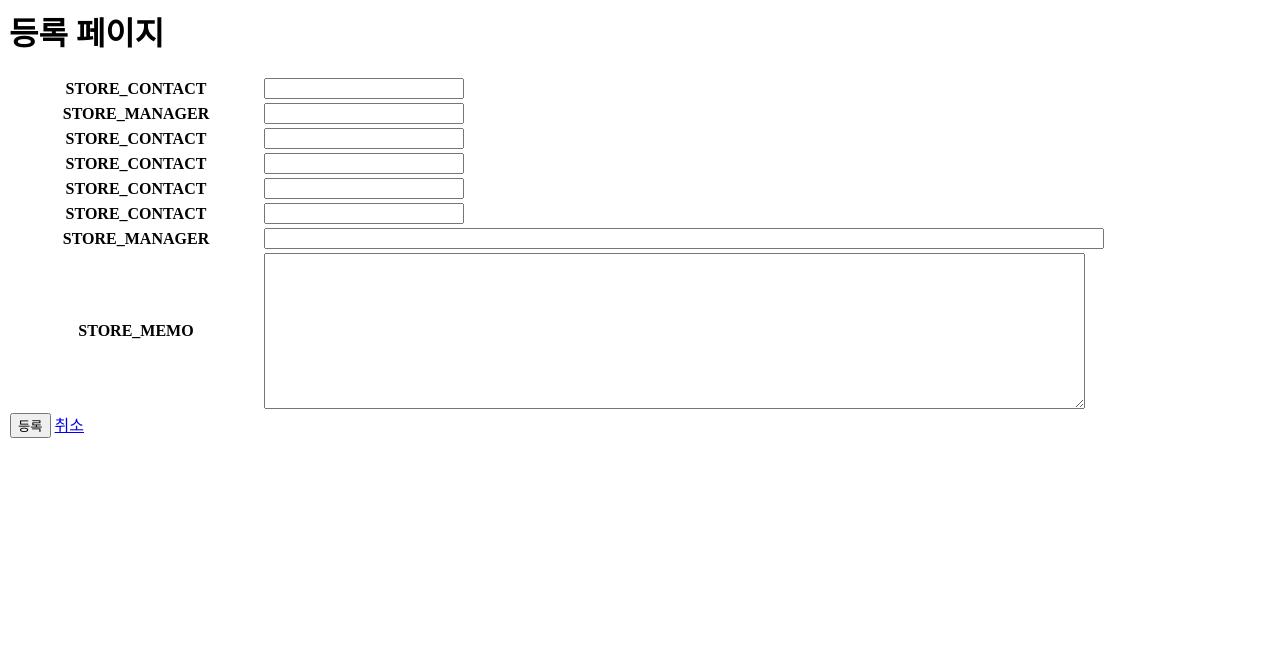
Repository: 2022-kh-final-mothlymoon/moon-back
Page: http://localhost/sellermoon/store/create.jsp
These files come from the project's save history. The page is drawn as it stood at one moment and after the next save; the edit follows.
The browser window is 1280 px wide. The pictures show the whole page.
The page is served by Tomcat 9. Other server files are loaded and not shown.

Above is the page before, as saved 2022-10-20 17:35:27.

### sellermoon/src/main/webapp/store/create.jsp
<%@ page language="java" contentType="text/html; charset=UTF-8"
	pageEncoding="UTF-8"%>
<%@ taglib uri="http://java.sun.com/jsp/jstl/core" prefix="c"%>
<%@ taglib uri="http://java.sun.com/jsp/jstl/fmt" prefix="fmt"%>


<div class="row" style="margin-bottom: 20px; margin-left: 1px;">
	<div class="col-lg-12">
		<h1 class="page-header">등록 페이지</h1>
	</div>
</div>
<div class="panel" style="margin-left: 1px;">
	<div id="contAreaBox">
		<div class="panel">
			<div class="panel-body">
				<form role="form" action="/board/create_action" method="post">
					<div class="table-responsive" style="text-align: center;">
						<table id="datatable-scroller"
							class="table table-bordered tbl_Form">
							<caption></caption>
							<colgroup>
								<col width="250px" />
								<col />
							</colgroup>
							<tbody>
								<tr>
									<input type="hidden" id="STORE_NO" name="STORE_NO" value="0">
									<input type="hidden" id="MD_NO" name="MD_NO" value="1">
									<input type="hidden" id="b_pos" name="b_pos" value="0">
									<input type="hidden" id="b_step" name="b_step" value="0">
									<th class="active">STORE_CONTACT</th>
									<td class="form-inline"><input type="text"
										id="STORE_CONTACT" name="STORE_CONTACT" class="form-control"
										style="width: 200px" /></td>
								</tr>
								<tr>
									<th class="active">STORE_MANAGER</th>
									<td class="form-inline"><input type="text"
										id="STORE_MANAGER" name="STORE_MANAGER" class="form-control"
										style="width: 200px" /></td>
								</tr>
								<tr>
									<th class="active">STORE_CONTACT</th>
									<td class="form-inline"><input type="text"
										id="STORE_CONTACT" name="STORE_CONTACT" class="form-control"
										style="width: 200px" /></td>
								</tr>
								<tr>
									<th class="active">STORE_CONTACT</th>
									<td class="form-inline"><input type="text"
										id="STORE_CONTACT" name="STORE_CONTACT" class="form-control"
										style="width: 200px" /></td>
								</tr>
								<tr>
									<th class="active">STORE_CONTACT</th>
									<td class="form-inline"><input type="text"
										id="STORE_CONTACT" name="STORE_CONTACT" class="form-control"
										style="width: 200px" /></td>
								</tr>
								<tr>
									<th class="active">STORE_CONTACT</th>
									<td class="form-inline"><input type="text"
										id="STORE_CONTACT" name="STORE_CONTACT" class="form-control"
										style="width: 200px" /></td>
								</tr>
								<tr>
									<th class="active">STORE_MANAGER</th>
									<td class="form-inline"><input type="text"
										id="STORE_MANAGER" name="STORE_MANAGER" class="form-control"
										style="width: 840px" /></td>
								</tr>
								<tr>
									<th class="active">STORE_MEMO</th>
									<td class="form-inline"><textarea id="STORE_MEMO"
											name="STORE_MEMO" cols="100" rows="10" class="form-control"></textarea></td>
								</tr>
							</tbody>
						</table>
					</div>
					<div style="margin-left: 1px;">
						<button type="submit" class="btn btn-primary">등록</button>
						<a href="./storeList" class="btn btn-danger">취소</a>
					</div>
				</form>
			</div>
		</div>
	</div>
</div>

After the next save:
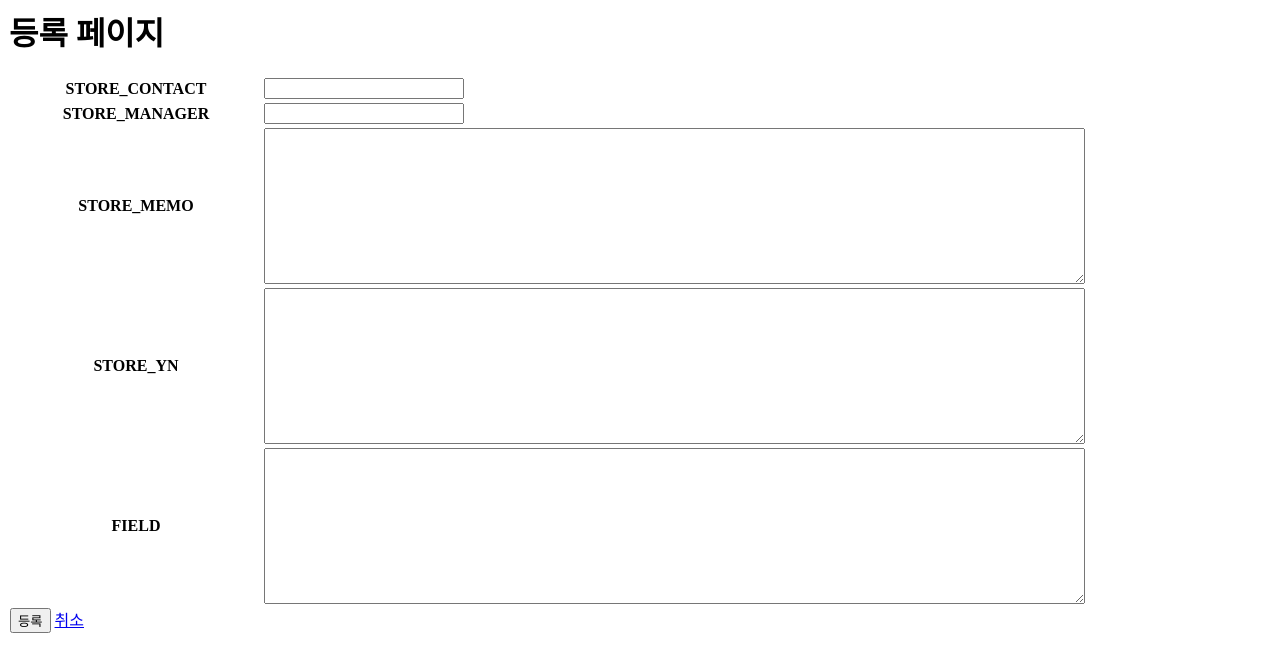
Saved 75 s later.
--- a/sellermoon/src/main/webapp/store/create.jsp
+++ b/sellermoon/src/main/webapp/store/create.jsp
@@ -39,40 +39,22 @@
 										id="STORE_MANAGER" name="STORE_MANAGER" class="form-control"
 										style="width: 200px" /></td>
 								</tr>
-								<tr>
-									<th class="active">STORE_CONTACT</th>
-									<td class="form-inline"><input type="text"
-										id="STORE_CONTACT" name="STORE_CONTACT" class="form-control"
-										style="width: 200px" /></td>
-								</tr>
-								<tr>
-									<th class="active">STORE_CONTACT</th>
-									<td class="form-inline"><input type="text"
-										id="STORE_CONTACT" name="STORE_CONTACT" class="form-control"
-										style="width: 200px" /></td>
-								</tr>
-								<tr>
-									<th class="active">STORE_CONTACT</th>
-									<td class="form-inline"><input type="text"
-										id="STORE_CONTACT" name="STORE_CONTACT" class="form-control"
-										style="width: 200px" /></td>
-								</tr>
-								<tr>
-									<th class="active">STORE_CONTACT</th>
-									<td class="form-inline"><input type="text"
-										id="STORE_CONTACT" name="STORE_CONTACT" class="form-control"
-										style="width: 200px" /></td>
-								</tr>
-								<tr>
-									<th class="active">STORE_MANAGER</th>
-									<td class="form-inline"><input type="text"
-										id="STORE_MANAGER" name="STORE_MANAGER" class="form-control"
-										style="width: 840px" /></td>
-								</tr>
+
+
 								<tr>
 									<th class="active">STORE_MEMO</th>
 									<td class="form-inline"><textarea id="STORE_MEMO"
 											name="STORE_MEMO" cols="100" rows="10" class="form-control"></textarea></td>
+								</tr>
+								<tr>
+									<th class="active">STORE_YN</th>
+									<td class="form-inline"><textarea id="STORE_YN"
+											name="STORE_YN" cols="100" rows="10" class="form-control"></textarea></td>
+								</tr>
+								<tr>
+									<th class="active">FIELD</th>
+									<td class="form-inline"><textarea id="FIELD"
+											name="FIELD" cols="100" rows="10" class="form-control"></textarea></td>
 								</tr>
 							</tbody>
 						</table>
